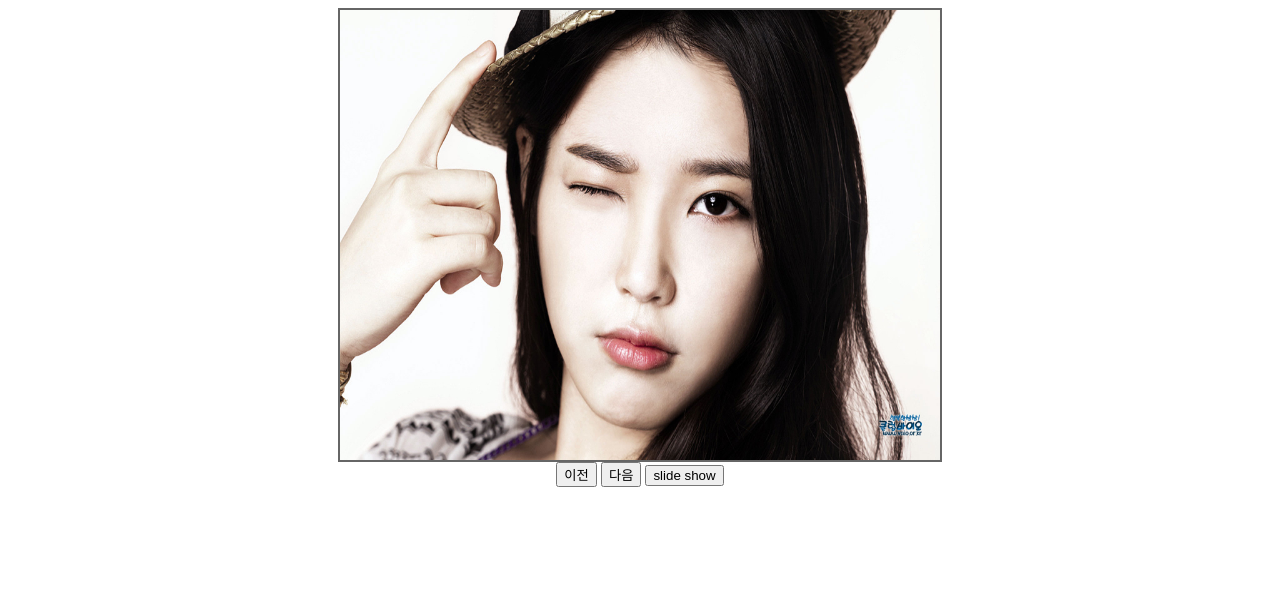
Repository: bluegony/spring_study
Page: jquerytest/src/main/webapp/jquery7.html
An editor plug-in stored every save of this project. The page is shown before and after the next save, followed by the edit.
The browser window is 1280 px wide. The pictures show the whole page.
Some web libraries are served in a nearby version.

Above is the page before, as saved 2013-09-04 08:40:42.

### jquerytest/src/main/webapp/jquery7.html

<!DOCTYPE html>
<html>
<head>
<meta charset="UTF-8">

<title>슬라이드쇼</title>
<script type="text/javascript"
	src="http://code.jquery.com/jquery-1.6.4.min.js"></script>
<style type="text/css">
<!--
#display {
	margin: 0 auto 0 auto;
	height: 450px;
	width: 600px;
	border: 2px solid #666;
}

#display img {
	position: absolute;
	width: 600px;
	height: 450px;
}

#control {
	text-align: center;
}
-->
</style>

<script type="text/javascript">
<!--
	var numOfPhoto = 3; //사진 매수
	var currentPhoto = 1; //현재 사진 번호


	function showNextImage() {
		//alert("1");
	}

	$(function() {
		// 이미지 프리로드
		for ( var i = 1; i <= numOfPhoto; i++) {
			$("<img>").attr("src", "slides/img" + i + ".jpg");
		}

		// 최초의 이미지 표시
		$("#display img").attr("src", "slides/img1.jpg");

		// 다음 이미지 표시
		$("#nextBtn").click(function(){

			if (currentPhoto < numOfPhoto) {
				currentPhoto++;
			} else {
				currentPhoto = 1;
			}
			showImage(currentPhoto);
		});

		// 이전 이미지 표시
		$("#prevBtn").click(function() {
			if (currentPhoto == 1) {
				currentPhoto = numOfPhoto;
			} else {
				currentPhoto--;
			}
			showImage(currentPhoto);
		});


		$("#slideShow").click(function() {
			setTimeout(function() {
				if (currentPhoto < numOfPhoto) {
					currentPhoto++;
				} else {
					currentPhoto = 1;
				}
				showImage(currentPhoto);
			},1000);

		});

	});


	// 지정한 번호의 이미지 표시
	function showImage(photoNumber) {
		newSlideSrc = "slides/img" + photoNumber + ".jpg"
		// 슬라이드 표시
		$("#display img").attr("src", newSlideSrc);
	}
// -->
</script>


</head>

<body bgcolor="#FFF">

	<div id="display">
		<img src="slides/loading.jpg">
	</div>

	<div id="control">
		<input type="button" id="prevBtn" value="이전">
		 <input type="button" id="nextBtn" value="다음">
		 <input type="button" id="slideShow" value="slide show">
	</div>

</body>
</html>

After the next save:
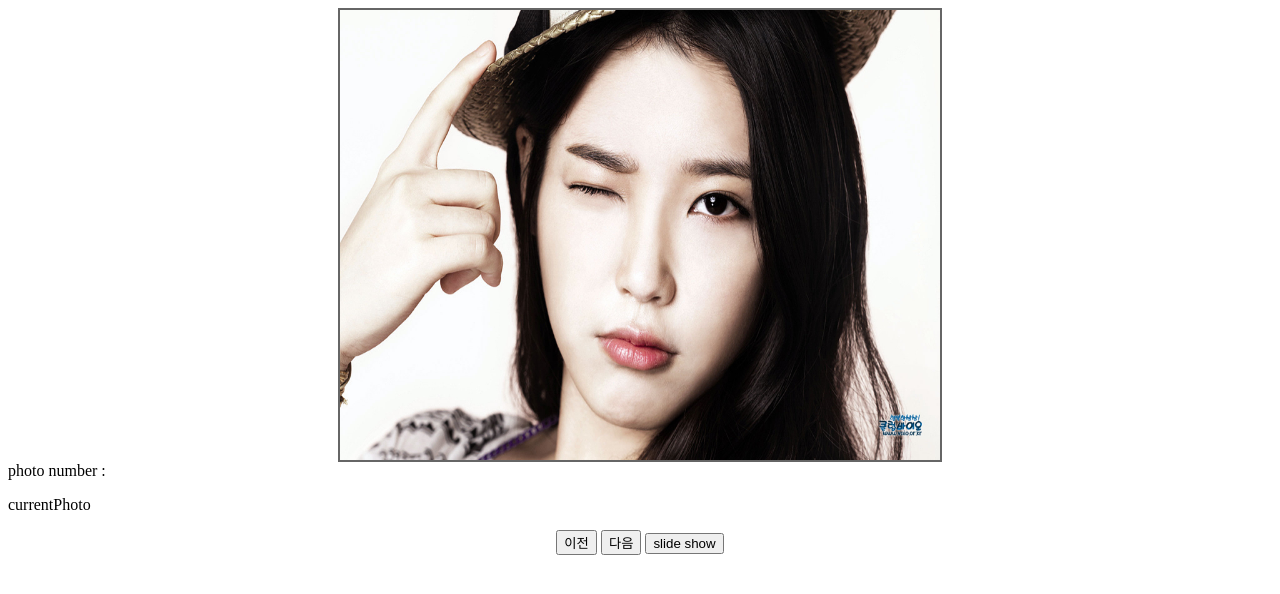
Saved 2 min 7 s later.
--- a/jquerytest/src/main/webapp/jquery7.html
+++ b/jquerytest/src/main/webapp/jquery7.html
@@ -89,6 +89,7 @@
 		newSlideSrc = "slides/img" + photoNumber + ".jpg"
 		// 슬라이드 표시
 		$("#display img").attr("src", newSlideSrc);
+		$("#photoNum").html(currentPhoto);
 	}
 // -->
 </script>
@@ -102,6 +103,7 @@
 		<img src="slides/loading.jpg">
 	</div>
 
+photo number : <p id=photoNum>currentPhoto</p>
 	<div id="control">
 		<input type="button" id="prevBtn" value="이전">
 		 <input type="button" id="nextBtn" value="다음">
